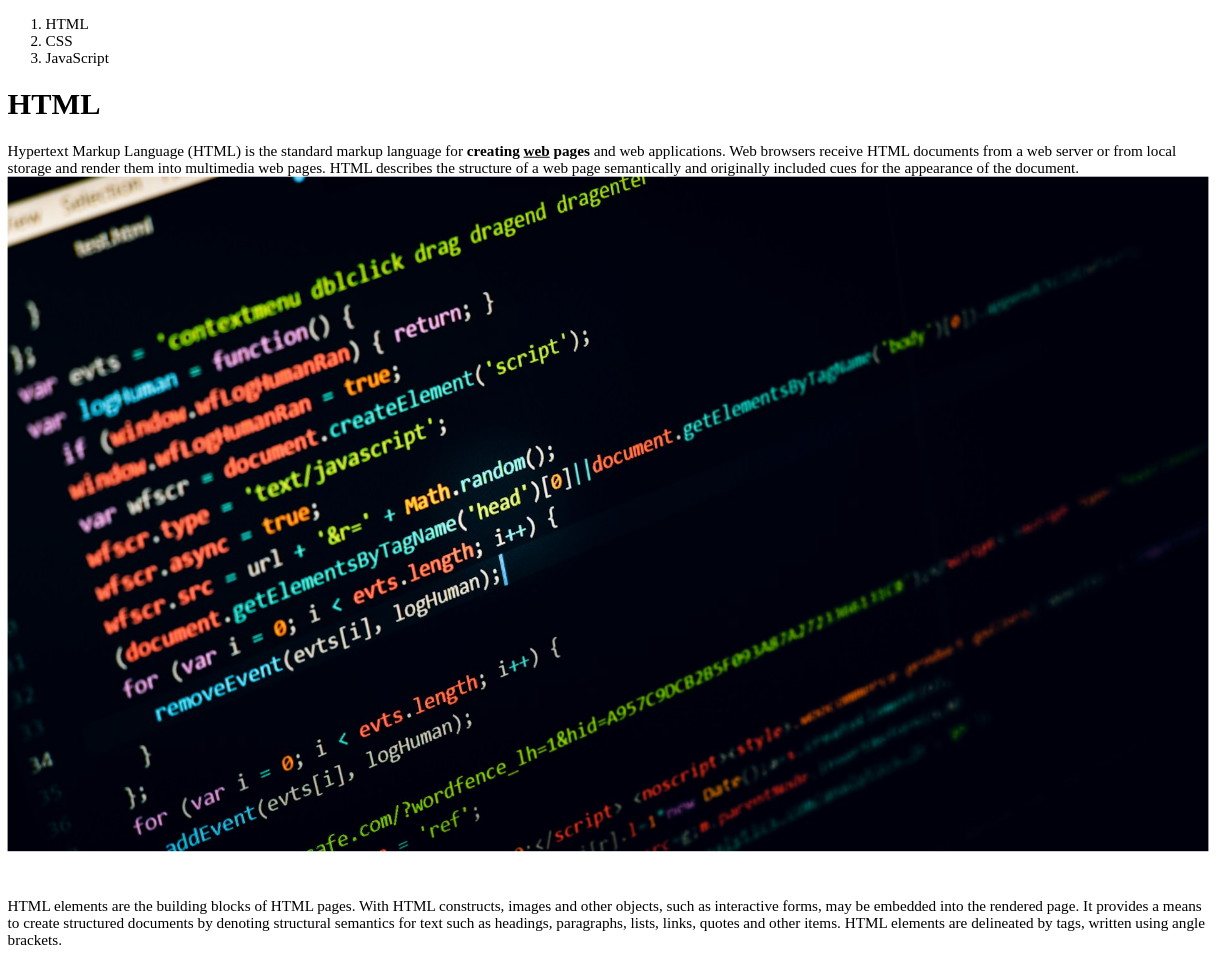
Repository: youngsik0405/Web-study
Page: Practice/WebContent/1.html
An editor plug-in stored every save of this project. The page is shown before and after the next save, followed by the edit.
The browser window is 1280 px wide. The pictures show the whole page, at 95% of full size.

Above is the page before, as saved 2025-01-20 11:56:46.

After the next save:
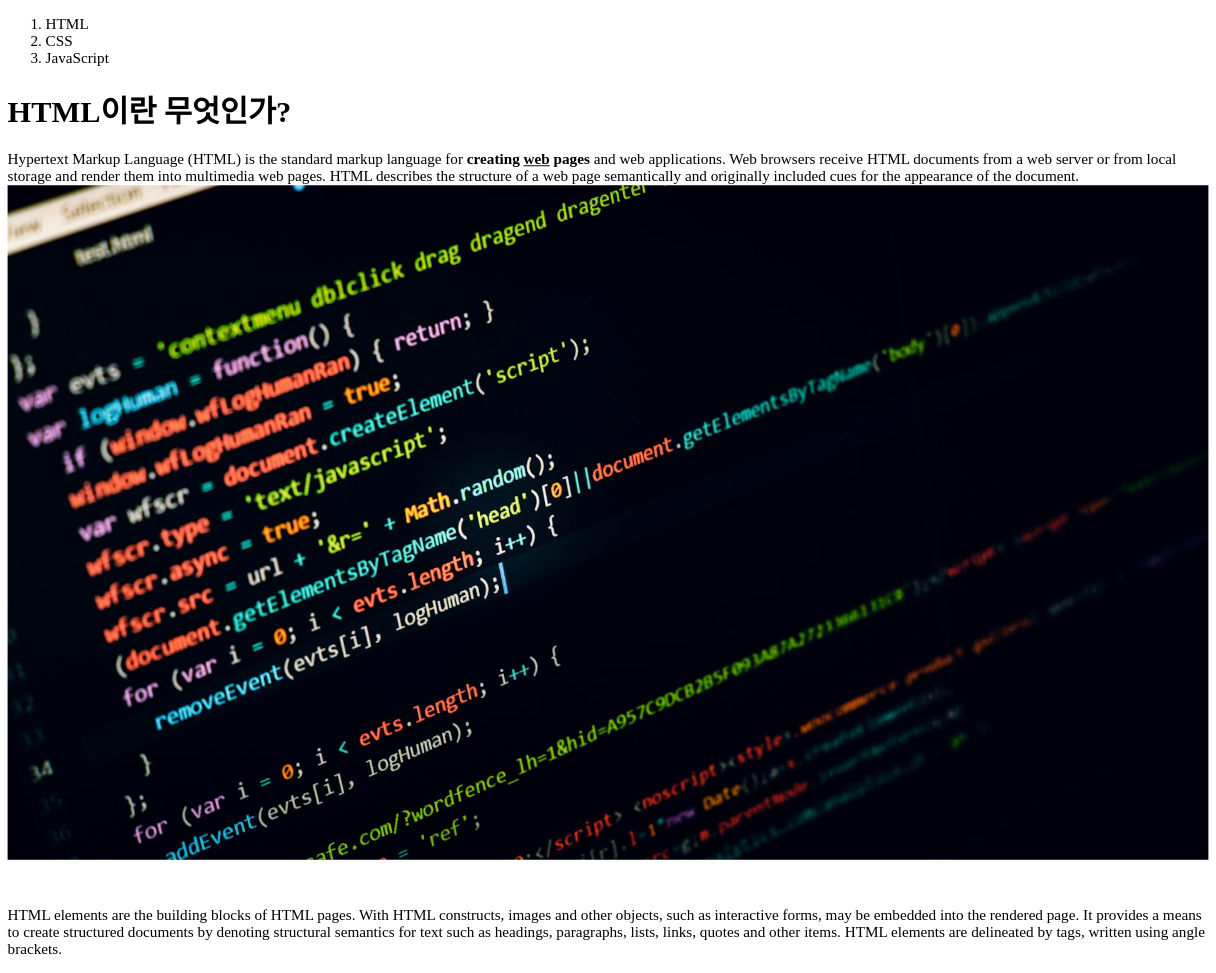
Saved 55 s later.
--- a/Practice/WebContent/1.html
+++ b/Practice/WebContent/1.html
@@ -10,7 +10,7 @@
 	<li>CSS</li>
 	<li>JavaScript</li>
 </ol>
-<h1>HTML</h1>
+<h1>HTML이란 무엇인가?</h1>
 <p>Hypertext Markup Language (HTML) is
 the standard markup language for <strong>creating <u>web</u>
  pages</strong> and web applications.
